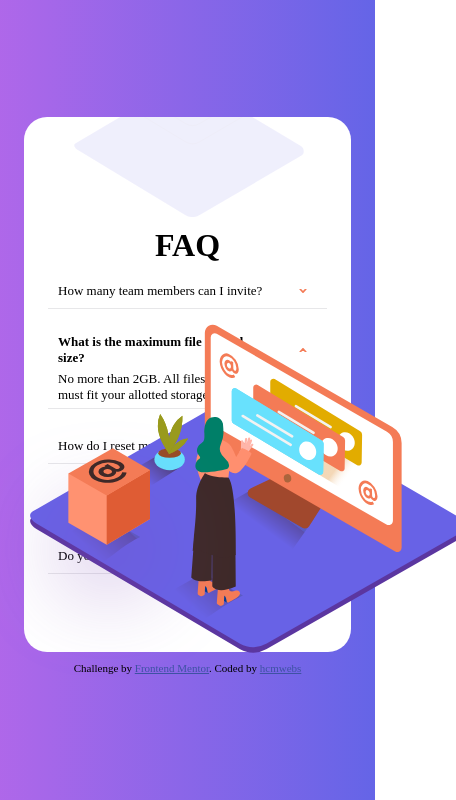
Repository: Hcmwebs/faq-accordion-card
Page: index.html
An editor plug-in stored every save of this project. The page is shown before and after the next save, followed by the edit.
The browser window is 375 px wide. The page is 456 px wide, then 375 px, so the pictures cover 456 px, including what lies to the right of the window. The pictures show the whole page.
The style sheet was rebuilt from its Sass, Less or Tailwind sources for each picture, by a compiler version that may differ from the author's.

Above is the page before, as saved 2020-11-08 22:11:01.

After the next save:
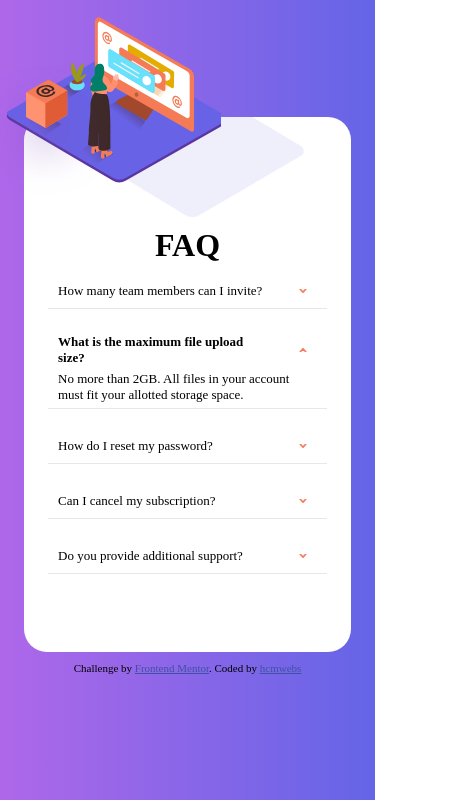
Saved 77 s later.
--- a/scss/_medias.scss
+++ b/scss/_medias.scss
@@ -42,6 +42,21 @@
       background-size: 230px 230px;
       background-position:50px -130px;
 
+    &__header{
+        width: 237px;
+        height: 180px;
+        position: absolute;
+        top: -40px;
+        transform: translateY(-60px);
+
+        img {
+          width: 100%;
+          height: 100%;
+          object-fit: cover;
+
+        }
+      }
+
     }
 
 
